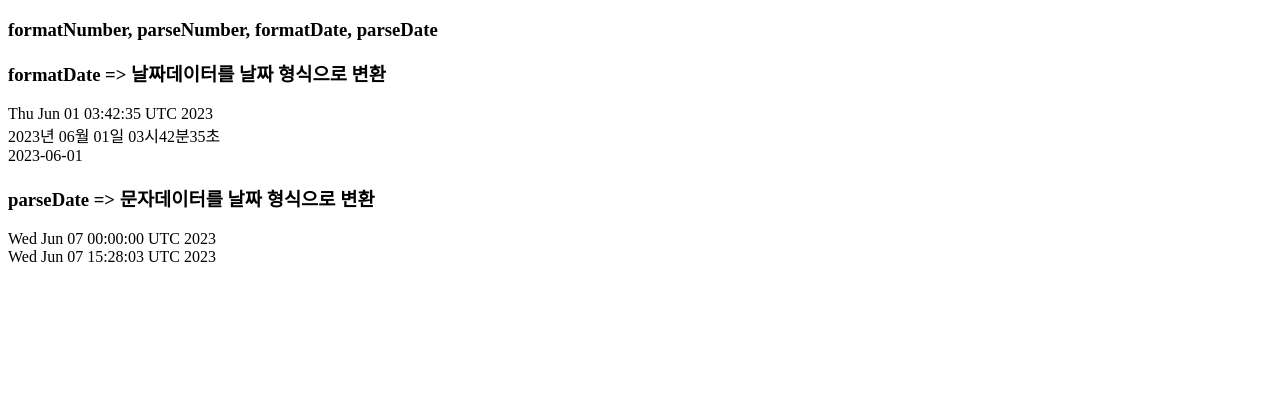
Repository: sun2898/JSP
Page: http://localhost/JSPBasic/JSTL/jstl_fmt.jsp
An editor plug-in stored every save of this project. The page is shown before and after the next save, followed by the edit.
The browser window is 1280 px wide. The pictures show the whole page.
The page is served by Tomcat 9.

Above is the page before, as saved 2023-06-07 06:29:07.

After the next save:
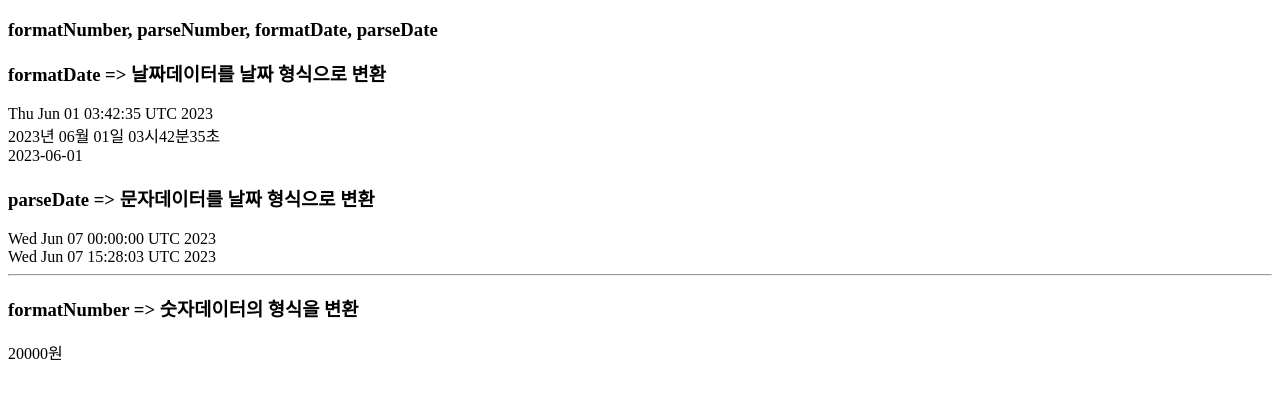
Saved 3 min 8 s later.
--- a/JSPBasic/src/main/webapp/JSTL/jstl_fmt.jsp
+++ b/JSPBasic/src/main/webapp/JSTL/jstl_fmt.jsp
@@ -39,6 +39,13 @@
 	<fmt:parseDate value="2023-06-07" pattern="yyyy-MM-dd"/><br>
 	<fmt:parseDate value="2023년06월07일 15시28분03초" pattern="yyyy년MM월dd일 HH시mm분ss초"/>
 
+	<hr>
+
+	<h3>formatNumber => 숫자데이터의 형식을 변환</h3>
+
+	<c:set var ="b" value="20000"/>
+
+	<fmt:formatNumber value="${b }" pattern="0원"/>
 
 
 
